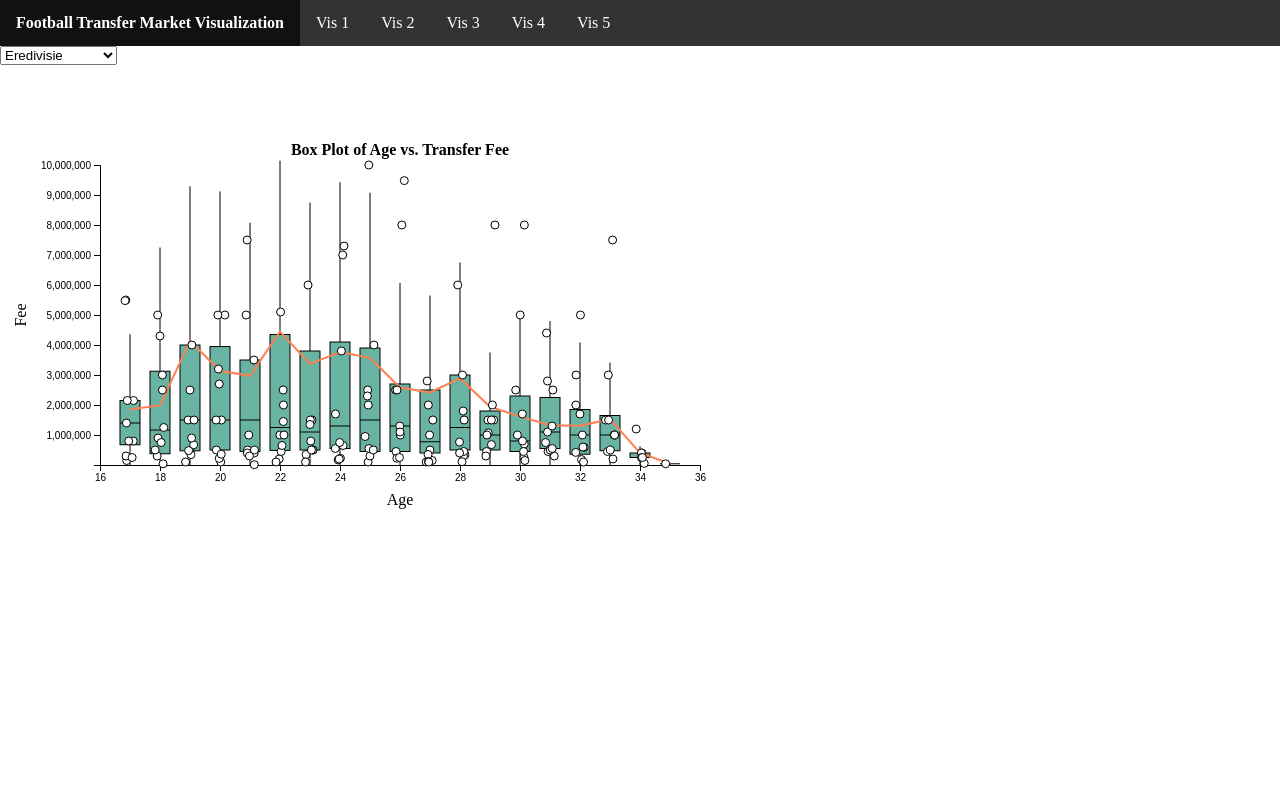
Repository: cedricshan/Football-Transfer-Market-Visualization
Page: dashboard/BoxPlot.html
An editor plug-in stored every save of this project. The page is shown before and after a run of saves, followed by the edit.
The browser window is 1280 px wide. The pictures show the whole page.

Above is the page before, as saved 2023-10-18 22:08:22.

### dashboard/BoxPlot.html
<!DOCTYPE html>
<html lang="en">

<head>
    <meta charset="UTF-8">
    <link rel="stylesheet" href="CSS/main.css">
    <link rel="icon" href="favicon.ico" mce_href="favicon.ico" type="image/x-icon">
    <link rel="shortcut icon" href="favicon.ico" mce_href="favicon.ico" type="image/x-icon">
    <title>Football Transfer Vis</title>
    <script type="text/javascript" src="d3.v7.js"></script>
</head>

<body>
    <ul>
        <li><a href="dashboard.html"><b>Football Transfer Market Visualization</b></a></li>
        <li><a href="network.html">Vis 1</a></li>
        <li><a href="chord.html">Vis 2</a></li>
        <li><a href="Position_interactive.html">Vis 3</a></li>
        <li><a href="LineChart.html">Vis 4</a></li>
        <li><a href="BoxPlot.html">Vis 5</a></li>
    </ul>
    <select id="csv-select">
        <option value="processed_eredivisie.csv">Eredivisie</option>
        <option value="processed_premier-league.csv">Premier League</option>
        <option value="processed_1-bundesliga.csv">Bundesliga</option>
        <option value="processed_liga-nos.csv">Liga Portugal</option>
        <option value="processed_ligue-1.csv">Ligue 1</option>
        <option value="processed_primera-division.csv">LaLiga</option>
        <option value="processed_1-bundesliga.csv">Serie A</option>
    </select>

    <script type="text/javascript" , src="BoxPlot.js"> </script>
</body>

</html>

### dashboard/CSS/main.css
html,
body {
    margin: 0;
    height: 100%;
}
ul {
    list-style-type: none;
    margin: 0;
    padding: 0;
    overflow: hidden;
    background-color: #333;
}

li {
    float: left;
}

li a {
    display: block;
    color: white;
    text-align: center;
    padding: 14px 16px;
    text-decoration: none;
}

li a:hover {
    background-color: #111;
}

#timeline {
    width: 70%;
    margin: auto;
    padding: 20px 0 0 0;
}

.tooltip {
    position: absolute;
    pointer-events: none;
    height: 35px;
    padding: 8px;
    border-radius: 8px;
    background-color: white;
    font-size: .8em;
    text-align: center;
}

#selectContainer {
    position: absolute;
    top: 50;
    left: 0;
    width: 100%;
    background-color: #ffffff;
    /* Background color for the container */
    padding: 10px;
    /* Adjust the padding as needed */
}

### dashboard/BoxPlot.js

var parseDate = d3.timeParse("%B");
const margin = {top: 20, right: 20, bottom: 40, left: 40};
document.getElementById("csv-select").addEventListener("change", function() {
    loadAndVisualizeData(this.value);
});

function loadAndVisualizeData(filename) {

    d3.select("#chartSVG").remove();

    var svg = d3.select('body')
        .append('svg')
        .attr('id', 'chartSVG')
        .attr('height', '100%')
        .attr('width', '100%');

    d3.csv(filename)
    .then(data => {
        return data.map(d => {
            return {
                Fee: Number(d.Fee),
                Age: Number(d.Age)
            };
        });
    })
    .then(processedData => {
        var height = 300;
        var width = 600;
        var maxFee = d3.max(processedData, function (d) { return d.Fee; });
        var minFee = d3.min(processedData, function (d) { return d.Fee; });
        var minAge= d3.min(processedData,function (d) { return d.Age; })
        var maxAge= d3.max(processedData,function (d) { return d.Age; })
        const meanFee = d3.mean(processedData, d => d.Fee);

            // Group data by Age
        const groupedData = d3.group(processedData, d => d.Age);

        // Compute statistics for each group
        const sumstat = Array.from(d3.rollup(
            processedData,
            group => {
                const fees = group.map(d => +d.Fee).sort(d3.ascending);

                const q1 = d3.quantile(fees, 0.25);
                const median = d3.quantile(fees, 0.5);
                const q3 = d3.quantile(fees, 0.75);
                const top = d3.quantile(fees, 0.05);
                const bottom = d3.quantile(fees, 0.95);
                const interQuantileRange = q3 - q1;
                const min = 0;
                const max = q3 + 1.5 * interQuantileRange;
                const avg= d3.mean(fees);
                return { q1, median, q3, interQuantileRange, min, max, avg,top ,bottom };

            },
            d => d.Age
        )).map(([key, value]) => ({ key, value }));

        function selectRandomTenPoints(data) {
            const sampledData = [];
            for (const [age, values] of groupedData) {
                // Filter out values with Fee over 10,000,000
                const filteredValues = values.filter(d => d.Fee <= 10000000);

                const shuffled = [...filteredValues].sort(() => 0.5 - Math.random());
                const selected = shuffled.slice(0, 10);
                sampledData.push(...selected);
            }
            return sampledData;
        }


        const sampleDataForPlotting = selectRandomTenPoints(processedData);

        const sortedData = sumstat.sort((a, b) => d3.ascending(a.key, b.key));

        console.log(sortedData);

        console.log(maxFee);
        console.log(maxAge);
        console.log(minAge);

        const x = d3.scaleLinear()
            .domain([d3.min(processedData, d => d.Age)-1, d3.max(processedData, d => d.Age)+1])
            .range([0, width]);

        const y = d3.scaleLinear()
            .domain([d3.min(processedData, d => d.Fee), 10000000])
            .range([height, 0]);


        var chartGroup=svg
        .append('g')
        .attr('transform','translate(100,100)');

        chartGroup.append("g")
        .attr("transform", `translate(0, ${height})`)
        .call(d3.axisBottom(x));

        chartGroup.append("g")
        .call(d3.axisLeft(y))



        chartGroup.append("text")
            .attr("transform", `translate(${width / 2}, ${height + margin.top + 20})`)
            .style("text-anchor", "middle")
            .text("Age");

        chartGroup.append("text")
            .attr("transform", "rotate(-90)")
            .attr("y", 0 - margin.left-50)
            .attr("x", 0 - (height / 2))
            .attr("dy", "1em")
            .style("text-anchor", "middle")
            .text("Fee");

        chartGroup
            .selectAll("vertLines")
            .data(sumstat)
            .enter()
            .append("line")
            .attr("x1", function(d){return(x(d.key))})
            .attr("x2", function(d){return(x(d.key))})
            .attr("y1", function(d){return(y(d.value.min))})
            .attr("y2", function(d){return(y(d.value.max))})
            .attr("stroke", "black")
            .style("width", 40)



        chartGroup
            .selectAll("Lines")
            .data(sumstat)
            .enter()
            .append("line")
            .attr("x1", function(d){return(x(d.key))})
            .attr("x2", function(d){return(x(d.key))})
            .attr("y1", function(d){return(y(d.value.avg))})
            .attr("y2", function(d){return(y(d.value.avg))})
            .attr("stroke", "black")
            .style("width", 40)

        var tooltip = chartGroup.append("g")
        .attr("class", "tooltip")
        .style("display", "none");

        tooltip.append("rect")
            .attr("width", 150)
            .attr("height", 50)
            .attr("fill", "white")
            .style("opacity", 0.8);

        tooltip.append("text")
            .attr("x", 5)
            .attr("dy", "1.2em")
            .style("text-anchor", "start")
            .attr("font-size", "12px")
            .attr("font-family", "sans-serif");

        var boxWidth = 20
        var highlightedBox = chartGroup.select(null);
        chartGroup
            .selectAll("boxes")
            .data(sumstat)
            .enter()
            .append("rect")
                .attr("x", function(d){return(x(d.key)-boxWidth/2)})
                .attr("y", function(d){return(y(d.value.q3))})
                .attr("height", function(d){return(y(d.value.q1)-y(d.value.q3))})
                .attr("width", boxWidth )
                .attr("stroke", "black")
                .style("fill", "#69b3a2")
                .on("click",function(d) {
                    // Recolor the last clicked rect.
                    highlightedBox.style("fill", "#69b3a2")
                    // Color the new one:
                    highlightedBox = d3.select(this);
                    highlightedBox.style("fill","steelblue");
                })
            .on("click", function(event, d) {
                highlightedBox.style("fill", "#69b3a2");

                highlightedBox = d3.select(this);
                highlightedBox.style("fill", "steelblue");

                tooltip
                    .attr("transform", `translate(${x(d.key) + 5}, ${y(d.value.q3) - 50})`)
                    .style("display", null);

                tooltip.select("text")
                    .text(`Age: ${d.key}`)
                    .append("tspan")
                    .attr("x", 5)
                    .attr("dy", "1.2em")
                    .text(`Median Fee: ${d.value.median}`);
                })
            .on("mouseout", function() {
                    tooltip.style("display", "none");
                });

            // Show the median
        chartGroup
        .selectAll("medianLines")
        .data(sumstat)
        .enter()
        .append("line")
            .attr("x1", function(d){return(x(d.key)-boxWidth/2) })
            .attr("x2", function(d){return(x(d.key)+boxWidth/2) })
            .attr("y1", function(d){return(y(d.value.median))})
            .attr("y2", function(d){return(y(d.value.median))})
            .attr("stroke", "black")
            .style("width", 80)

        var avgline=chartGroup.append('g')
            .attr('class','avgline')
            .attr('transform','translate(0,0)');

        var line =d3.line()
            .x(function(d){return x(d.key)})
            .y(function(d){return y(d.value.avg)});

        chartGroup.append('path')
            .attr('d',line(sortedData))
            .attr('stroke','#FF7F50')
            .attr('stroke-width',2)
            .attr('fill','none');

        var jitterWidth = 10
        chartGroup
            .selectAll("indPoints")
            .data(sampleDataForPlotting)
            .enter()
            .append("circle")
            .attr("cx", function(d){return(x(d.Age) - jitterWidth/2 + Math.random()*jitterWidth )})
            .attr("cy", function(d){return(y(d.Fee))})
            .attr("r", 4)
            .style("fill", "white")
            .attr("stroke", "black")


        chartGroup.append("text")
            .attr("transform", `translate(${width / 2}, ${-10})`)
            .style("text-anchor", "middle")
            .style("font-size", "16px")
            .style("font-weight", "bold")
            .text("Box Plot of Age vs. Transfer Fee");



        })
        .catch(error => {
            console.error("Error loading or processing the CSV:", error);
        });
}
loadAndVisualizeData(document.getElementById("csv-select").value);

Loaded but not shown: dashboard/d3.v7.js (library)

After the next 2 saves:
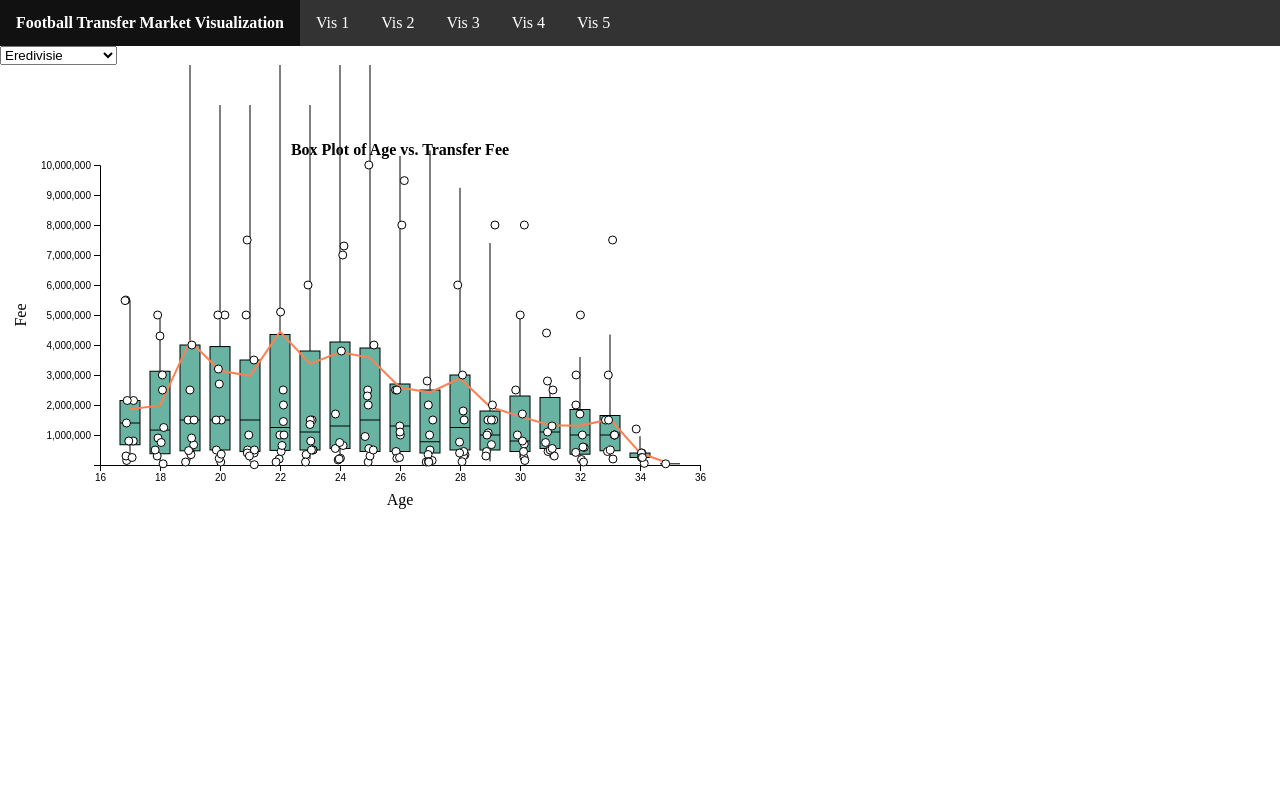
The 2 saves are shown as one change because they came seconds apart.
The last was saved 71 s later.
--- a/dashboard/BoxPlot.js
+++ b/dashboard/BoxPlot.js
@@ -123,8 +123,8 @@ function loadAndVisualizeData(filename) {
             .append("line")
             .attr("x1", function(d){return(x(d.key))})
             .attr("x2", function(d){return(x(d.key))})
-            .attr("y1", function(d){return(y(d.value.min))})
-            .attr("y2", function(d){return(y(d.value.max))})
+            .attr("y1", function(d){return(y(d.value.bottom))})
+            .attr("y2", function(d){return(y(d.value.top))})
             .attr("stroke", "black")
             .style("width", 40)
 
